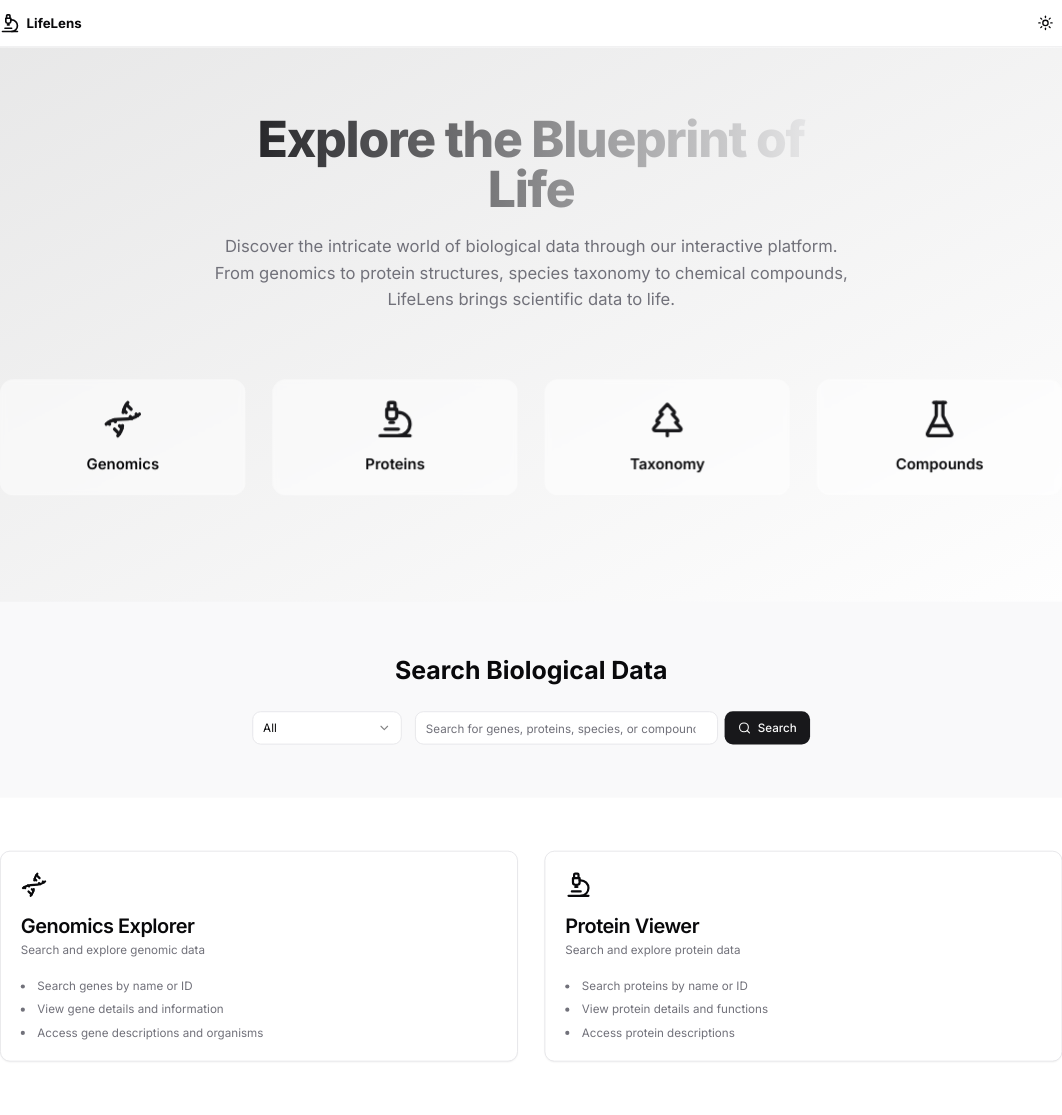
Repository: AlexMercer00/LifeLens
Page: /
These files come from the project's save history. The page is drawn as it stood at one moment and after the next save; the edit follows.
The browser window is 1280 px wide. The pictures show the whole page, at 83% of full size.
The project was rebuilt for these pictures with package versions that can differ from the ones it lists, and the page was loaded fresh each time. The framework's server and built-in components were replaced by stand-ins that run in the browser. Also part of the build but not shown: next.config.js, components/ui/tabs.tsx, components/ui/badge.tsx, components/search-results.tsx.

Above is the page before, as saved 2024-11-17 15:09:05.

### app/layout.tsx
import type { Metadata } from 'next';
import { Inter } from 'next/font/google';
import { ThemeProvider } from '@/components/theme-provider';
import { Navigation } from '@/components/navigation';
import { Toaster } from '@/components/ui/toaster';
import './globals.css';

const inter = Inter({ subsets: ['latin'] });

export const metadata: Metadata = {
  title: 'LifeLens - Explore the Blueprint of Life Through Data',
  description: 'Discover and visualize biological data including genes, proteins, species, and chemical compounds through an interactive platform.',
};

export default function RootLayout({
  children,
}: {
  children: React.ReactNode;
}) {
  return (
    <html lang="en" suppressHydrationWarning>
      <body className={inter.className}>
        <ThemeProvider
          attribute="class"
          defaultTheme="system"
          enableSystem
          disableTransitionOnChange
        >
          <Navigation />
          <main className="min-h-screen bg-background">
            {children}
          </main>
          <Toaster />
        </ThemeProvider>
      </body>
    </html>
  );
}

### app/page.tsx
import { Hero } from '@/components/hero';
import { Features } from '@/components/features';
import { SearchSection } from '@/components/search-section';

export default function Home() {
  return (
    <div className="flex flex-col min-h-screen">
      <Hero />
      <SearchSection />
      <Features />
    </div>
  );
}

### components/navigation.tsx
// components/navigation.tsx
"use client";

import Link from "next/link";
import { ModeToggle } from "./mode-toggle";
import { Microscope } from 'lucide-react';

export function Navigation() {
  return (
    <header className="sticky top-0 z-50 w-full border-b bg-background/95 backdrop-blur supports-[backdrop-filter]:bg-background/60">
      <div className="container flex h-14 items-center justify-between">
        <Link href="/" className="flex items-center space-x-2">
          <Microscope className="h-6 w-6" />
          <span className="font-bold">LifeLens</span>
        </Link>
        <ModeToggle />
      </div>
    </header>
  );
}

### components/ui/toaster.tsx
'use client';

import { useToast } from '@/hooks/use-toast';
import {
  Toast,
  ToastClose,
  ToastDescription,
  ToastProvider,
  ToastTitle,
  ToastViewport,
} from '@/components/ui/toast';

export function Toaster() {
  const { toasts } = useToast();

  return (
    <ToastProvider>
      {toasts.map(function ({ id, title, description, action, ...props }) {
        return (
          <Toast key={id} {...props}>
            <div className="grid gap-1">
              {title && <ToastTitle>{title}</ToastTitle>}
              {description && (
                <ToastDescription>{description}</ToastDescription>
              )}
            </div>
            {action}
            <ToastClose />
          </Toast>
        );
      })}
      <ToastViewport />
    </ToastProvider>
  );
}

### app/globals.css
@tailwind base;
@tailwind components;
@tailwind utilities;

@layer base {
  :root {
    --background: 0 0% 100%;
    --foreground: 240 10% 3.9%;
    --card: 0 0% 100%;
    --card-foreground: 240 10% 3.9%;
    --popover: 0 0% 100%;
    --popover-foreground: 240 10% 3.9%;
    --primary: 240 5.9% 10%;
    --primary-foreground: 0 0% 98%;
    --secondary: 240 4.8% 95.9%;
    --secondary-foreground: 240 5.9% 10%;
    --muted: 240 4.8% 95.9%;
    --muted-foreground: 240 3.8% 46.1%;
    --accent: 240 4.8% 95.9%;
    --accent-foreground: 240 5.9% 10%;
    --destructive: 0 84.2% 60.2%;
    --destructive-foreground: 0 0% 98%;
    --border: 240 5.9% 90%;
    --input: 240 5.9% 90%;
    --ring: 240 5.9% 10%;
    --radius: 0.75rem;
  }

  .dark {
    --background: 240 10% 3.9%;
    --foreground: 0 0% 98%;
    --card: 240 10% 3.9%;
    --card-foreground: 0 0% 98%;
    --popover: 240 10% 3.9%;
    --popover-foreground: 0 0% 98%;
    --primary: 0 0% 98%;
    --primary-foreground: 240 5.9% 10%;
    --secondary: 240 3.7% 15.9%;
    --secondary-foreground: 0 0% 98%;
    --muted: 240 3.7% 15.9%;
    --muted-foreground: 240 5% 64.9%;
    --accent: 240 3.7% 15.9%;
    --accent-foreground: 0 0% 98%;
    --destructive: 0 62.8% 30.6%;
    --destructive-foreground: 0 0% 98%;
    --border: 240 3.7% 15.9%;
    --input: 240 3.7% 15.9%;
    --ring: 240 4.9% 83.9%;
  }
}

@layer base {
  * {
    @apply border-border;
  }
  body {
    @apply bg-background text-foreground;
  }
}

.gradient-bg {
  background: radial-gradient(circle at top right, hsl(var(--primary)), transparent),
              radial-gradient(circle at bottom left, hsl(var(--secondary)), transparent);
  opacity: 0.15;
}

### components/hero.tsx
// components/hero.tsx
"use client"

import { useState, useEffect } from "react"
import { Dna, Microscope, FlaskConical, TreePine } from 'lucide-react'
import { motion } from "framer-motion"

export function Hero() {
  const [isMounted, setIsMounted] = useState(false)

  useEffect(() => {
    setIsMounted(true)
  }, [])

  const features = [
    { icon: Dna, title: "Genomics" },
    { icon: Microscope, title: "Proteins" },
    { icon: TreePine, title: "Taxonomy" },
    { icon: FlaskConical, title: "Compounds" }
  ]

  return (
    <div className="relative overflow-hidden bg-gradient-to-br from-primary/10 to-secondary/10 pt-20 pb-32">
      <div className="container relative z-10">
        {isMounted ? (
          <motion.div
            className="mx-auto max-w-3xl text-center"
            initial={{ opacity: 0, y: 20 }}
            animate={{ opacity: 1, y: 0 }}
            transition={{ duration: 0.5 }}
          >
            <h1 className="text-5xl font-extrabold tracking-tight sm:text-6xl bg-clip-text text-transparent bg-gradient-to-r from-primary to-secondary">
              Explore the Blueprint of Life
            </h1>
            <p className="mt-6 text-xl leading-8 text-muted-foreground">
              Discover the intricate world of biological data through our interactive platform.
              From genomics to protein structures, species taxonomy to chemical compounds,
              LifeLens brings scientific data to life.
            </p>
          </motion.div>
        ) : (
          <div className="mx-auto max-w-3xl text-center">
            <h1 className="text-5xl font-extrabold tracking-tight sm:text-6xl bg-clip-text text-transparent bg-gradient-to-r from-primary to-secondary">
              Explore the Blueprint of Life
            </h1>
            <p className="mt-6 text-xl leading-8 text-muted-foreground">
              Discover the intricate world of biological data through our interactive platform.
              From genomics to protein structures, species taxonomy to chemical compounds,
              LifeLens brings scientific data to life.
            </p>
          </div>
        )}

        {isMounted && (
          <motion.div
            className="mt-20 grid grid-cols-2 gap-8 md:grid-cols-4"
            initial={{ opacity: 0, y: 40 }}
            animate={{ opacity: 1, y: 0 }}
            transition={{ duration: 0.5, delay: 0.2 }}
          >
            {features.map((item, index) => (
              <motion.div
                key={item.title}
                className="flex flex-col items-center p-6 rounded-2xl bg-card/50 backdrop-blur-sm hover:bg-accent/50 transition-colors"
                whileHover={{ scale: 1.05 }}
                transition={{ type: "spring", stiffness: 300 }}
              >
                <item.icon className="h-12 w-12 text-primary" />
                <h3 className="mt-4 text-lg font-semibold">{item.title}</h3>
              </motion.div>
            ))}
          </motion.div>
        )}
      </div>
      <div className="absolute inset-0 bg-grid-white/10 bg-[size:20px_20px] [mask-image:radial-gradient(white,transparent_70%)]" />
    </div>
  )
}

### components/features.tsx
import {
  Card,
  CardContent,
  CardDescription,
  CardHeader,
  CardTitle,
} from "@/components/ui/card"
import { Dna, Microscope } from 'lucide-react'

export function Features() {
  return (
    <section className="py-16">
      <div className="container">
        <div className="grid gap-8 md:grid-cols-2">
          <Card>
            <CardHeader>
              <Dna className="h-8 w-8 mb-4" />
              <CardTitle>Genomics Explorer</CardTitle>
              <CardDescription>
                Search and explore genomic data
              </CardDescription>
            </CardHeader>
            <CardContent>
              <ul className="list-disc list-inside space-y-2 text-sm text-muted-foreground">
                <li>Search genes by name or ID</li>
                <li>View gene details and information</li>
                <li>Access gene descriptions and organisms</li>
              </ul>
            </CardContent>
          </Card>

          <Card>
            <CardHeader>
              <Microscope className="h-8 w-8 mb-4" />
              <CardTitle>Protein Viewer</CardTitle>
              <CardDescription>
                Search and explore protein data
              </CardDescription>
            </CardHeader>
            <CardContent>
              <ul className="list-disc list-inside space-y-2 text-sm text-muted-foreground">
                <li>Search proteins by name or ID</li>
                <li>View protein details and functions</li>
                <li>Access protein descriptions</li>
              </ul>
            </CardContent>
          </Card>
        </div>
      </div>
    </section>
  )
}

### components/search-section.tsx
"use client"

import { useState } from "react"
import { useSearch } from "@/hooks/use-search"
import { SearchResults } from "@/components/search-results"
import { SearchBar } from "@/components/search-bar"

export function SearchSection() {
  const { genes, proteins, compounds, loading, error, search } = useSearch()
  const [searchPerformed, setSearchPerformed] = useState(false)

  const handleSearch = (query: string, type: string) => {
    search(query, type)
    setSearchPerformed(true)
  }

  return (
    <section className="py-16 bg-muted/50">
      <div className="container">
        <div className="max-w-2xl mx-auto">
          <h2 className="text-3xl font-bold text-center mb-8">
            Search Biological Data
          </h2>
          <SearchBar onSearch={handleSearch} loading={loading} />

          {error && (
            <div className="text-red-500 text-center mt-4">{error}</div>
          )}

          {searchPerformed && !loading && !error && (
            <div className="mt-8">
              <SearchResults
                genes={genes}
                proteins={proteins}
                compounds={compounds}
                searchType={genes.length > 0 ? "genes" : proteins.length > 0 ? "proteins" : "compounds"}
              />
            </div>
          )}

          {searchPerformed && !loading && !error && genes.length === 0 && proteins.length === 0 && compounds.length === 0 && (
            <div className="text-center mt-8 text-muted-foreground">
              No results found. Please try a different search query.
            </div>
          )}
        </div>
      </div>
    </section>
  )
}

### components/mode-toggle.tsx
"use client";

import * as React from "react";
import { Moon, Sun } from "lucide-react";
import { useTheme } from "next-themes";
import { Button } from "@/components/ui/button";

export function ModeToggle() {
  const { theme, setTheme } = useTheme();

  return (
    <Button
      variant="ghost"
      size="icon"
      onClick={() => setTheme(theme === "light" ? "dark" : "light")}
    >
      <Sun className="h-[1.2rem] w-[1.2rem] rotate-0 scale-100 transition-all dark:-rotate-90 dark:scale-0" />
      <Moon className="absolute h-[1.2rem] w-[1.2rem] rotate-90 scale-0 transition-all dark:rotate-0 dark:scale-100" />
      <span className="sr-only">Toggle theme</span>
    </Button>
  );
}

### components/ui/card.tsx
import * as React from 'react';

import { cn } from '@/lib/utils';

const Card = React.forwardRef<
  HTMLDivElement,
  React.HTMLAttributes<HTMLDivElement>
>(({ className, ...props }, ref) => (
  <div
    ref={ref}
    className={cn(
      'rounded-lg border bg-card text-card-foreground shadow-sm',
      className
    )}
    {...props}
  />
));
Card.displayName = 'Card';

const CardHeader = React.forwardRef<
  HTMLDivElement,
  React.HTMLAttributes<HTMLDivElement>
>(({ className, ...props }, ref) => (
  <div
    ref={ref}
    className={cn('flex flex-col space-y-1.5 p-6', className)}
    {...props}
  />
));
CardHeader.displayName = 'CardHeader';

const CardTitle = React.forwardRef<
  HTMLParagraphElement,
  React.HTMLAttributes<HTMLHeadingElement>
>(({ className, ...props }, ref) => (
  <h3
    ref={ref}
    className={cn(
      'text-2xl font-semibold leading-none tracking-tight',
      className
    )}
    {...props}
  />
));
CardTitle.displayName = 'CardTitle';

const CardDescription = React.forwardRef<
  HTMLParagraphElement,
  React.HTMLAttributes<HTMLParagraphElement>
>(({ className, ...props }, ref) => (
  <p
    ref={ref}
    className={cn('text-sm text-muted-foreground', className)}
    {...props}
  />
));
CardDescription.displayName = 'CardDescription';

const CardContent = React.forwardRef<
  HTMLDivElement,
  React.HTMLAttributes<HTMLDivElement>
>(({ className, ...props }, ref) => (
  <div ref={ref} className={cn('p-6 pt-0', className)} {...props} />
));
CardContent.displayName = 'CardContent';

const CardFooter = React.forwardRef<
  HTMLDivElement,
  React.HTMLAttributes<HTMLDivElement>
>(({ className, ...props }, ref) => (
  <div
    ref={ref}
    className={cn('flex items-center p-6 pt-0', className)}
    {...props}
  />
));
CardFooter.displayName = 'CardFooter';

export {
  Card,
  CardHeader,
  CardFooter,
  CardTitle,
  CardDescription,
  CardContent,
};

### hooks/use-search.ts
"use client";

import { useState } from 'react';
import { searchGenes } from '@/lib/api/ncbi';
import { searchProteins } from '@/lib/api/uniprot';
import { searchCompounds } from '@/lib/api/pubchem';
import { Gene, Protein, Compound } from '@/lib/api/types';

type SearchResults = {
  genes: Gene[];
  proteins: Protein[];
  compounds: Compound[];
  loading: boolean;
  error: string | null;
};

export function useSearch() {
  const [results, setResults] = useState<SearchResults>({
    genes: [],
    proteins: [],
    compounds: [],
    loading: false,
    error: null,
  });

  const search = async (query: string, type: string) => {
    if (!query.trim()) return;

    setResults(prev => ({ ...prev, loading: true, error: null }));

    try {
      let updatedResults = { ...results, loading: false, error: null };

      if (type === 'all' || type === 'genes') {
        const geneResults = await searchGenes(query);
        updatedResults.genes = geneResults;
      }

      if (type === 'all' || type === 'proteins') {
        const proteinResults = await searchProteins(query);
        updatedResults.proteins = proteinResults;
      }

      if (type === 'all' || type === 'compounds') {
        const compoundResults = await searchCompounds(query);
        updatedResults.compounds = compoundResults;
      }

      setResults(updatedResults);
    } catch (error) {
      setResults(prev => ({
        ...prev,
        loading: false,
        error: 'An error occurred while searching. Please try again.',
      }));
    }
  };

  return { ...results, search };
}

### components/ui/button.tsx
import * as React from 'react';
import { Slot } from '@radix-ui/react-slot';
import { cva, type VariantProps } from 'class-variance-authority';

import { cn } from '@/lib/utils';

const buttonVariants = cva(
  'inline-flex items-center justify-center whitespace-nowrap rounded-md text-sm font-medium ring-offset-background transition-colors focus-visible:outline-none focus-visible:ring-2 focus-visible:ring-ring focus-visible:ring-offset-2 disabled:pointer-events-none disabled:opacity-50',
  {
    variants: {
      variant: {
        default: 'bg-primary text-primary-foreground hover:bg-primary/90',
        destructive:
          'bg-destructive text-destructive-foreground hover:bg-destructive/90',
        outline:
          'border border-input bg-background hover:bg-accent hover:text-accent-foreground',
        secondary:
          'bg-secondary text-secondary-foreground hover:bg-secondary/80',
        ghost: 'hover:bg-accent hover:text-accent-foreground',
        link: 'text-primary underline-offset-4 hover:underline',
      },
      size: {
        default: 'h-10 px-4 py-2',
        sm: 'h-9 rounded-md px-3',
        lg: 'h-11 rounded-md px-8',
        icon: 'h-10 w-10',
      },
    },
    defaultVariants: {
      variant: 'default',
      size: 'default',
    },
  }
);

export interface ButtonProps
  extends React.ButtonHTMLAttributes<HTMLButtonElement>,
    VariantProps<typeof buttonVariants> {
  asChild?: boolean;
}

const Button = React.forwardRef<HTMLButtonElement, ButtonProps>(
  ({ className, variant, size, asChild = false, ...props }, ref) => {
    const Comp = asChild ? Slot : 'button';
    return (
      <Comp
        className={cn(buttonVariants({ variant, size, className }))}
        ref={ref}
        {...props}
      />
    );
  }
);
Button.displayName = 'Button';

export { Button, buttonVariants };

### lib/api/uniprot.ts
import axios from 'axios';
import { API_CONFIG } from './config';
import { Protein } from './types';

export async function searchProteins(query: string): Promise<Protein[]> {
  try {
    const response = await axios.get(`${API_CONFIG.UNIPROT_BASE_URL}/search`, {
      params: {
        query: query,
        format: 'json',
        size: 10,
      },
    });

    return response.data.results.map((protein: any) => ({
      id: protein.primaryAccession,
      name: protein.proteinDescription?.recommendedName?.fullName?.value ||
            protein.proteinDescription?.submissionNames?.[0]?.fullName?.value ||
            'Unknown',
      function: protein.comments?.find((c: any) => c.commentType === 'FUNCTION')?.texts?.[0]?.value || undefined,
    }));
  } catch (error) {
    console.error('Error fetching proteins:', error);
    return [];
  }
}

### lib/api/pubchem.ts
import axios from 'axios';
import { API_CONFIG } from './config';
import { Compound } from './types';

export async function searchCompounds(query: string): Promise<Compound[]> {
  try {
    // Search for compounds by name
    const response = await axios.get(`${API_CONFIG.PUBCHEM_BASE_URL}/compound/name/${encodeURIComponent(query)}/JSON`);

    if (!response.data.PC_Compounds) {
      return [];
    }

    return response.data.PC_Compounds.map((compound: any) => ({
      id: compound.id.id.toString(),
      name: compound.props.find((p: any) => p.urn.label === 'IUPAC Name')?.value?.sval || 'Unknown',
      formula: compound.props.find((p: any) => p.urn.label === 'Molecular Formula')?.value?.sval || undefined,
      molecularWeight: compound.props.find((p: any) => p.urn.label === 'Molecular Weight')?.value?.fval || undefined,
    }));
  } catch (error) {
    console.error('Error fetching compounds:', error);
    return [];
  }
}

### components/ui/input.tsx
import * as React from 'react';

import { cn } from '@/lib/utils';

export interface InputProps
  extends React.InputHTMLAttributes<HTMLInputElement> {}

const Input = React.forwardRef<HTMLInputElement, InputProps>(
  ({ className, type, ...props }, ref) => {
    return (
      <input
        type={type}
        className={cn(
          'flex h-10 w-full rounded-md border border-input bg-background px-3 py-2 text-sm ring-offset-background file:border-0 file:bg-transparent file:text-sm file:font-medium file:text-foreground placeholder:text-muted-foreground focus-visible:outline-none focus-visible:ring-2 focus-visible:ring-ring focus-visible:ring-offset-2 disabled:cursor-not-allowed disabled:opacity-50',
          className
        )}
        ref={ref}
        {...props}
      />
    );
  }
);
Input.displayName = 'Input';

export { Input };

### lib/api/config.ts
export const API_CONFIG = {
  NCBI_BASE_URL: 'https://eutils.ncbi.nlm.nih.gov/entrez/eutils',
  UNIPROT_BASE_URL: 'https://rest.uniprot.org/uniprotkb',
  PDB_BASE_URL: 'https://data.rcsb.org/rest/v1',
  PUBCHEM_BASE_URL: 'https://pubchem.ncbi.nlm.nih.gov/rest/pug',
};

Loaded but not shown: components/theme-provider.tsx (common file); hooks/use-toast.ts (common file); lib/utils.ts (common file); tailwind.config.ts (common file); components/ui/select.tsx (160 lines, source omitted); components/ui/toast.tsx (129 lines, source omitted); lib/api/ncbi.ts (92 lines, source omitted); components/search-bar.tsx (63 lines, source omitted)

After the next save:
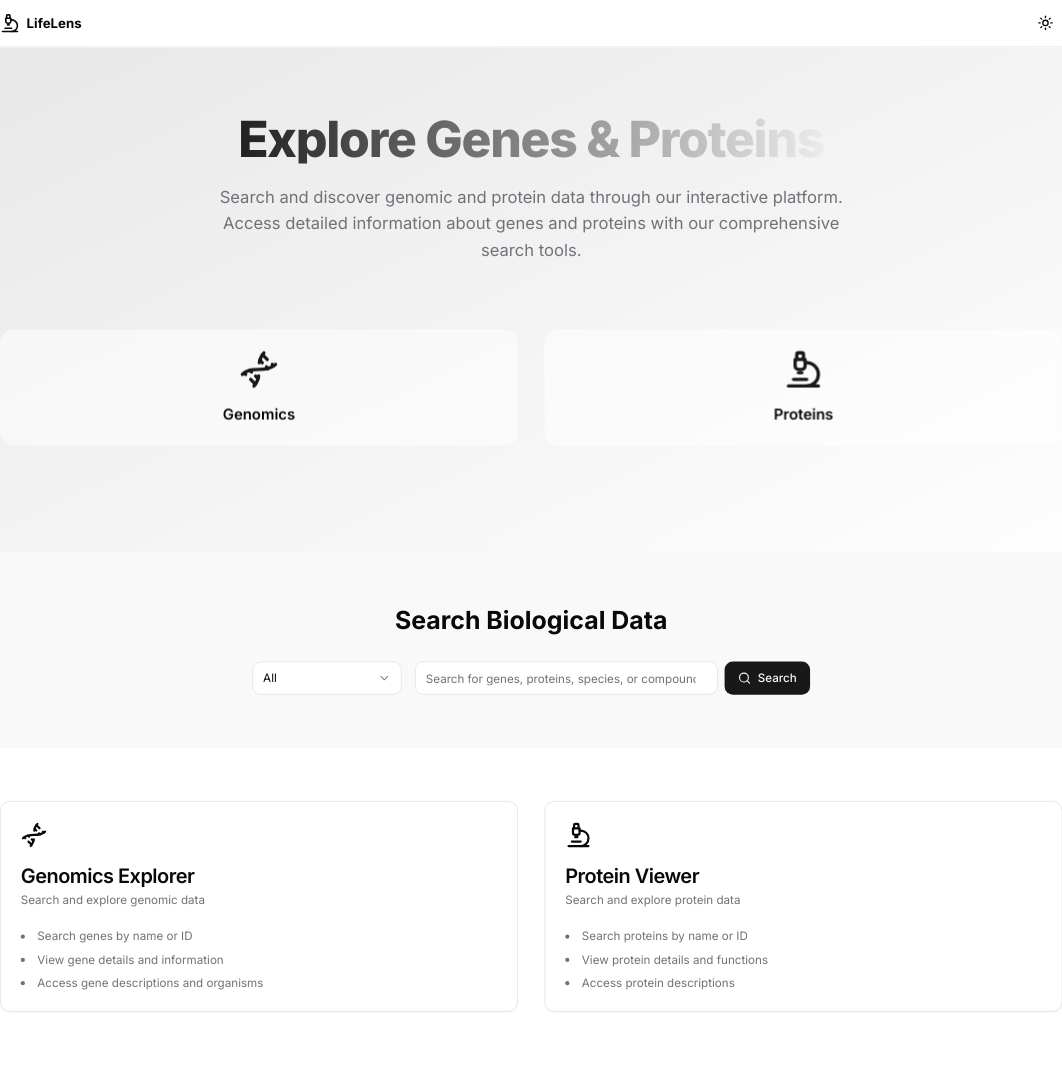
Saved 18 s later.
--- a/components/hero.tsx
+++ b/components/hero.tsx
@@ -1,8 +1,7 @@
-// components/hero.tsx
 "use client"
 
 import { useState, useEffect } from "react"
-import { Dna, Microscope, FlaskConical, TreePine } from 'lucide-react'
+import { Dna, Microscope } from 'lucide-react'
 import { motion } from "framer-motion"
 
 export function Hero() {
@@ -14,9 +13,7 @@ export function Hero() {
 
   const features = [
     { icon: Dna, title: "Genomics" },
-    { icon: Microscope, title: "Proteins" },
-    { icon: TreePine, title: "Taxonomy" },
-    { icon: FlaskConical, title: "Compounds" }
+    { icon: Microscope, title: "Proteins" }
   ]
 
   return (
@@ -30,30 +27,28 @@ export function Hero() {
             transition={{ duration: 0.5 }}
           >
             <h1 className="text-5xl font-extrabold tracking-tight sm:text-6xl bg-clip-text text-transparent bg-gradient-to-r from-primary to-secondary">
-              Explore the Blueprint of Life
+              Explore Genes & Proteins
             </h1>
             <p className="mt-6 text-xl leading-8 text-muted-foreground">
-              Discover the intricate world of biological data through our interactive platform.
-              From genomics to protein structures, species taxonomy to chemical compounds,
-              LifeLens brings scientific data to life.
+              Search and discover genomic and protein data through our interactive platform.
+              Access detailed information about genes and proteins with our comprehensive search tools.
             </p>
           </motion.div>
         ) : (
           <div className="mx-auto max-w-3xl text-center">
             <h1 className="text-5xl font-extrabold tracking-tight sm:text-6xl bg-clip-text text-transparent bg-gradient-to-r from-primary to-secondary">
-              Explore the Blueprint of Life
+              Explore Genes & Proteins
             </h1>
             <p className="mt-6 text-xl leading-8 text-muted-foreground">
-              Discover the intricate world of biological data through our interactive platform.
-              From genomics to protein structures, species taxonomy to chemical compounds,
-              LifeLens brings scientific data to life.
+              Search and discover genomic and protein data through our interactive platform.
+              Access detailed information about genes and proteins with our comprehensive search tools.
             </p>
           </div>
         )}
 
         {isMounted && (
           <motion.div
-            className="mt-20 grid grid-cols-2 gap-8 md:grid-cols-4"
+            className="mt-20 grid grid-cols-2 gap-8"
             initial={{ opacity: 0, y: 40 }}
             animate={{ opacity: 1, y: 0 }}
             transition={{ duration: 0.5, delay: 0.2 }}
